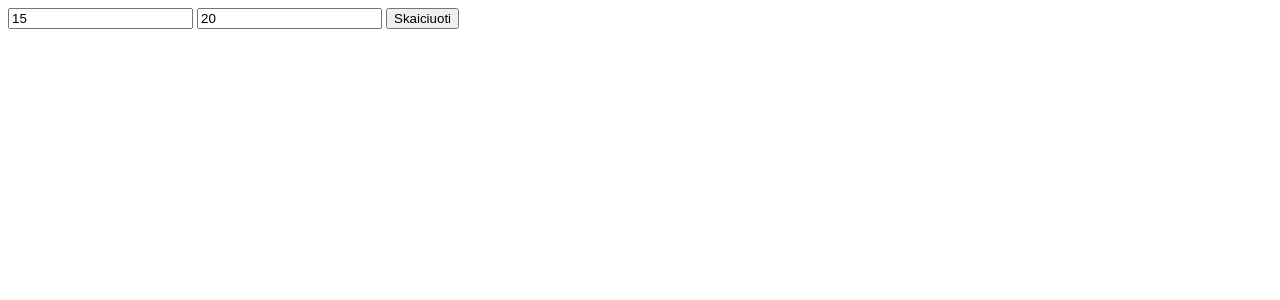
Repository: motiejus1/11-paskaita-PHP-05.31
Page: http://localhost/skaiciuotuvas.php
These files come from the project's save history. The page is drawn as it stood at one moment and after a run of saves; the edit follows.
The browser window is 1280 px wide. The pictures show the whole page.
The page is run by PHP 8.4 with error messages shown; the project is at /var/www/html/.

Above is the page before, as saved 2021-08-09 19:52:57.

### skaiciuotuvas.php
<!DOCTYPE html>
<html lang="en">
<head>
    <meta charset="UTF-8">
    <meta http-equiv="X-UA-Compatible" content="IE=edge">
    <meta name="viewport" content="width=device-width, initial-scale=1.0">
    <title>Skaiciuotuvas</title>
</head>
<body>
<form action="skaiciuotuvas.php" action="get">
    <input type="text" name="sk1" value="15" />
    <input type="text" name="sk2" value="20" />
<button type="submit" name="skaiciuoti">Skaiciuoti</button>
</form>


<?php
//Objektiniu principu suprogramuoti skaiciuotuva, kuris atliktu sudeties, atimties, dalybos, dalybos su liekana
//saknies traukimo ir kelimo antruoju laipsniu operacijas.


if(isset($_GET["skaiciuoti"])) {
    if(isset($_GET["sk1"]) && !empty($_GET["sk1"]) && isset($_GET["sk2"]) && !empty($_GET["sk2"])  ) {

    } else {
        echo "Vienas arba abudu laukeliai yra neskaicius arba tusti";
    }
}

?>

</body>
</html>

After the next 3 saves:
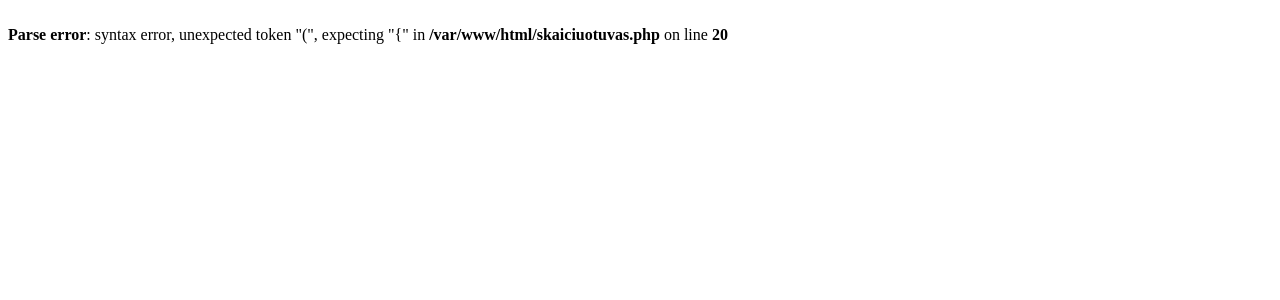
The 3 saves are shown as one change because they came seconds apart.
The last was saved 97 s later.
--- a/skaiciuotuvas.php
+++ b/skaiciuotuvas.php
@@ -17,7 +17,9 @@
 <?php
 //Objektiniu principu suprogramuoti skaiciuotuva, kuris atliktu sudeties, atimties, dalybos, dalybos su liekana
 //saknies traukimo ir kelimo antruoju laipsniu operacijas.
+class Skaiciuotuvas() {
 
+}
 
 if(isset($_GET["skaiciuoti"])) {
     if(isset($_GET["sk1"]) && !empty($_GET["sk1"]) && isset($_GET["sk2"]) && !empty($_GET["sk2"])  ) {

After the save that followed:
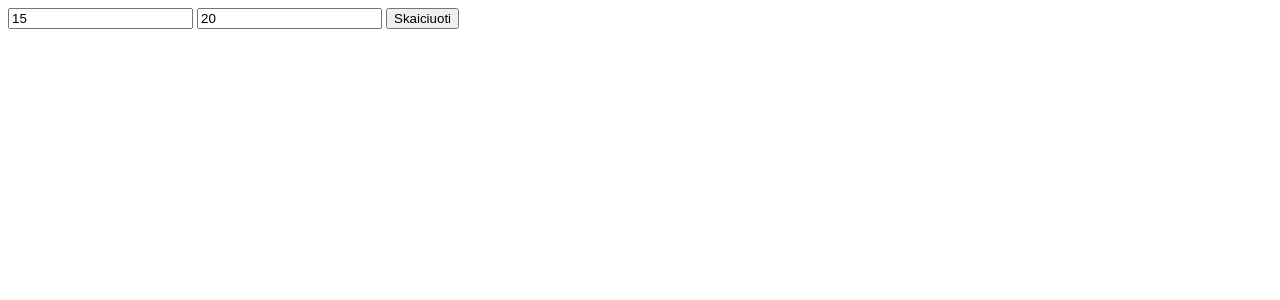
Saved 9 s later.
--- a/skaiciuotuvas.php
+++ b/skaiciuotuvas.php
@@ -17,7 +17,7 @@
 <?php
 //Objektiniu principu suprogramuoti skaiciuotuva, kuris atliktu sudeties, atimties, dalybos, dalybos su liekana
 //saknies traukimo ir kelimo antruoju laipsniu operacijas.
-class Skaiciuotuvas() {
+class Skaiciuotuvas {
 
 }
 
